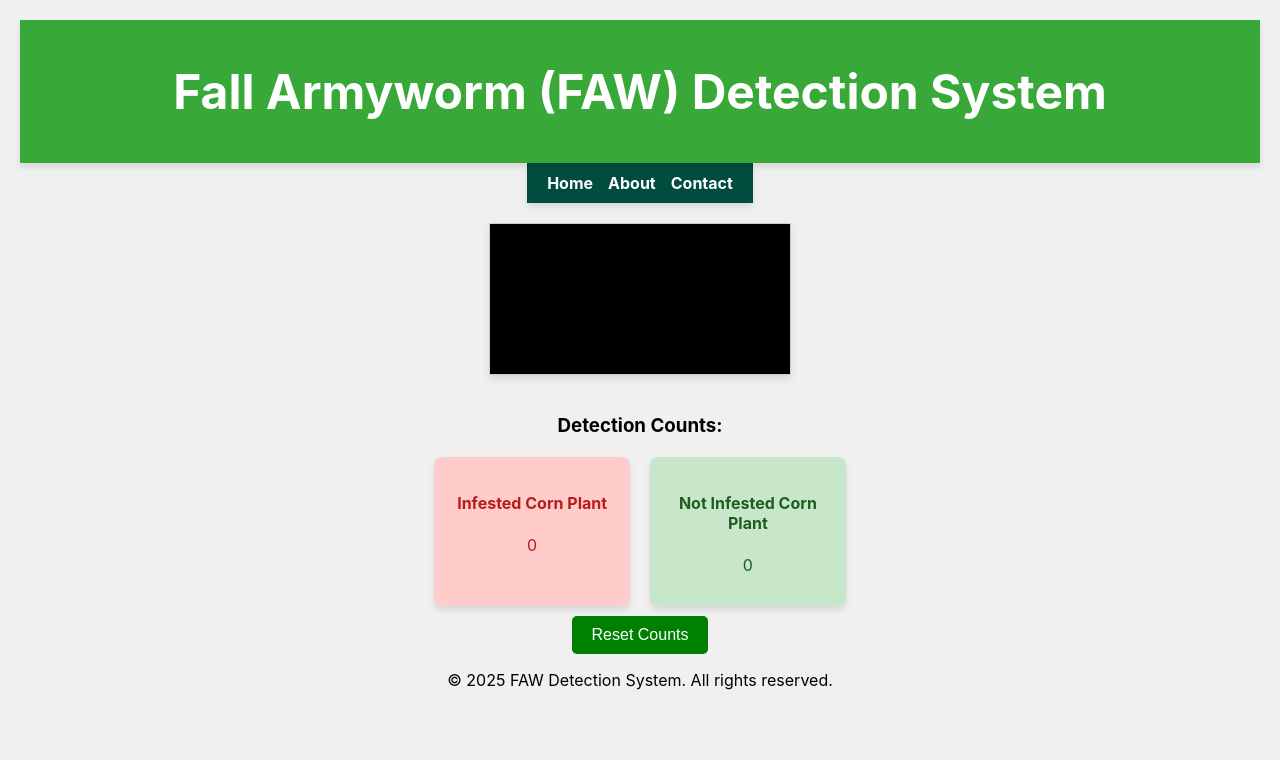
Repository: jansen223/faw-detection-main
Page: /
The author's editor kept a copy of each file at every save. The page is drawn from the files as they stood at one save, then again after the next save.
The browser window is 1280 px wide. The pictures show the whole page.
The page's requests for data from a server got no answer. The project was rebuilt for these pictures with package versions that can differ from the ones it lists, and the page was loaded fresh each time. No one was signed in, and anything a server would have sent is missing.

Above is the page before, as saved 2025-04-10 00:03:47.

After the next save:
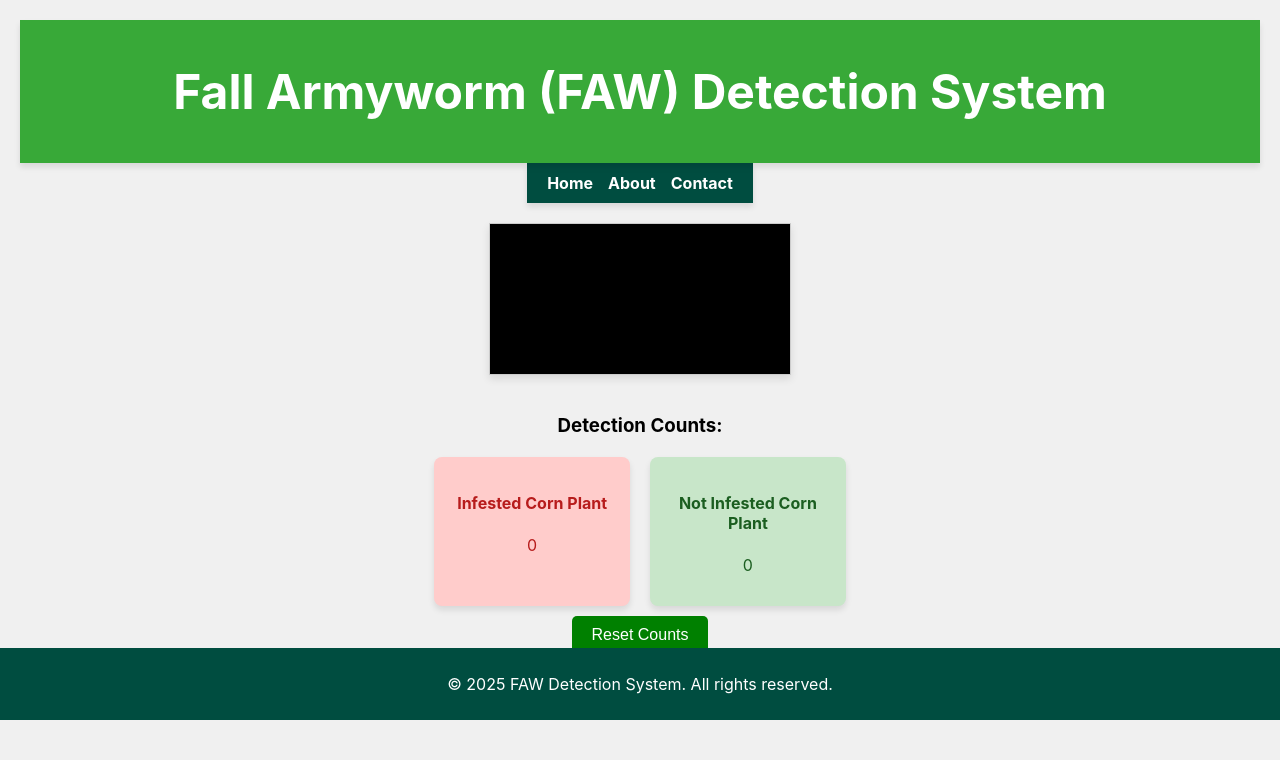
Saved 16 s later.
--- a/src/App.css
+++ b/src/App.css
@@ -128,3 +128,13 @@ canvas {
   background-color: #c8e6c9;
   color: #1b5e20;
 }
+
+.App-footer {
+  background-color: #004d40;
+  color: white;
+  padding: 10px 20px;
+  text-align: center;
+  position: fixed;
+  bottom: 0;
+  width: 100%;
+}
